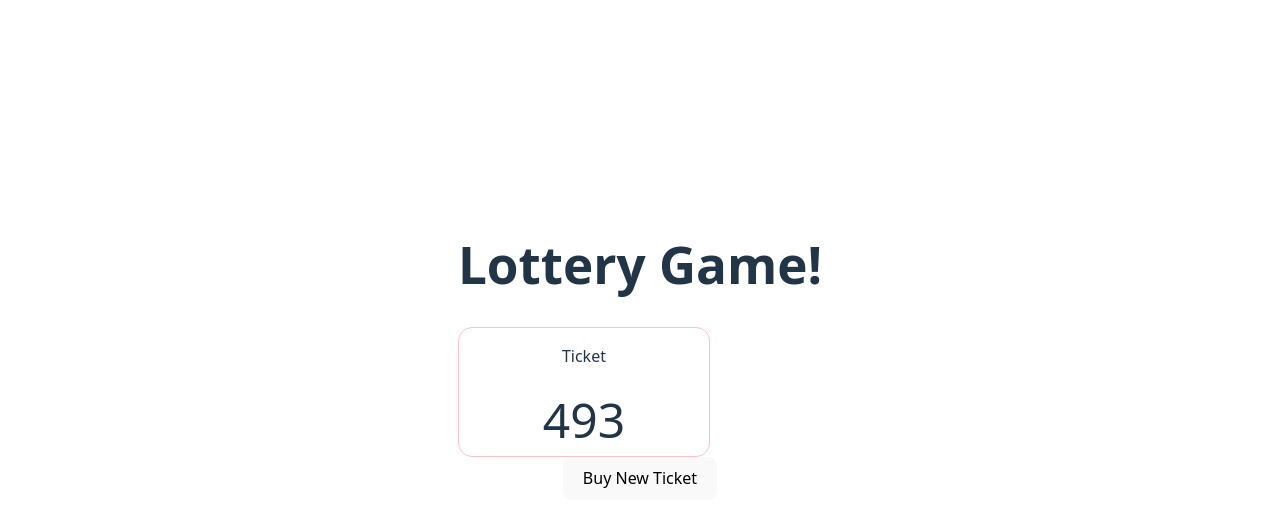
Repository: Ravikumar7210/Web_workspace
Page: / (app in React_Projects/Lottery/)
The author's editor kept a copy of each file at every save. The page is drawn from the files as they stood at one save, then again after the next save.
The browser window is 1280 px wide. The pictures show the whole page.
The project was rebuilt for these pictures with package versions that can differ from the ones it lists, and the page was loaded fresh each time. Also part of the build but not shown: React_Projects/Lottery/vite.config.js.

Above is the page before, as saved 2025-04-07 18:04:01.

### React_Projects/Lottery/src/App.jsx

import Lottery from './Lottery'
import './App.css';

function App() {

  return (
    <>
    <Lottery/>
  </>
  );

}
export default App

### React_Projects/Lottery/src/Lottery.jsx
import {useState} from 'react';
import { genTicket, sum } from './helper';
import Ticket from "./Ticket"
export default  function Lottery({n =3,winningSum=15}) {

let [ticket, setTicket] = useState(genTicket(n));
let isWinning = sum(ticket) === winningSum;

let buyTicket = () => {
    setTicket(genTicket(n));
} ;

return (
<div>
 <h1>Lottery Game!</h1>
   <Ticket ticket={ticket}/>
  <button onClick={buyTicket}>Buy New Ticket </button>
  <h3> {isWinning && "Congratulations, You won!"}</h3>
</div>
);

}

### React_Projects/Lottery/src/helper.js
function genTicket(n){
    let arr = new Array(n);
    for (let i= 0; i<n; i++){
        arr[i]= Math.floor(Math.random() * 10);
       }
       return arr;
}

function sum(arr){
 return arr.reduce((sum, curr) => sum + curr , 0);
}

export {genTicket, sum};

### React_Projects/Lottery/src/Ticket.jsx
import TicketNum from "./TicketNum";
import "./Ticket.css"

export default function Ticket({ticket}) {

    return (
        <div className="Ticket">
        <p>Ticket</p>
        {ticket.map ((num, idx) =>(
            <TicketNum num={num} key={idx}/>
        ))}
        </div>
        );
}

### React_Projects/Lottery/src/TicketNum.jsx
import "./TicketNum.css"
export default function TicketNum({num}) {
    return (<span className="TicketNum">{num}</span>)
}

### React_Projects/Lottery/src/Ticket.css
.Ticket {
    border: 1px solid pink;
    border-radius: 14px;
    width: 250px;
    }

### React_Projects/Lottery/src/TicketNum.css
.TicketNum {
    font-size: 3rem;

}

Loaded but not shown: React_Projects/Lottery/index.html (common file); React_Projects/Lottery/src/main.jsx (common file); React_Projects/Lottery/src/index.css (common file); React_Projects/Lottery/src/App.css (common file)

After the next save:
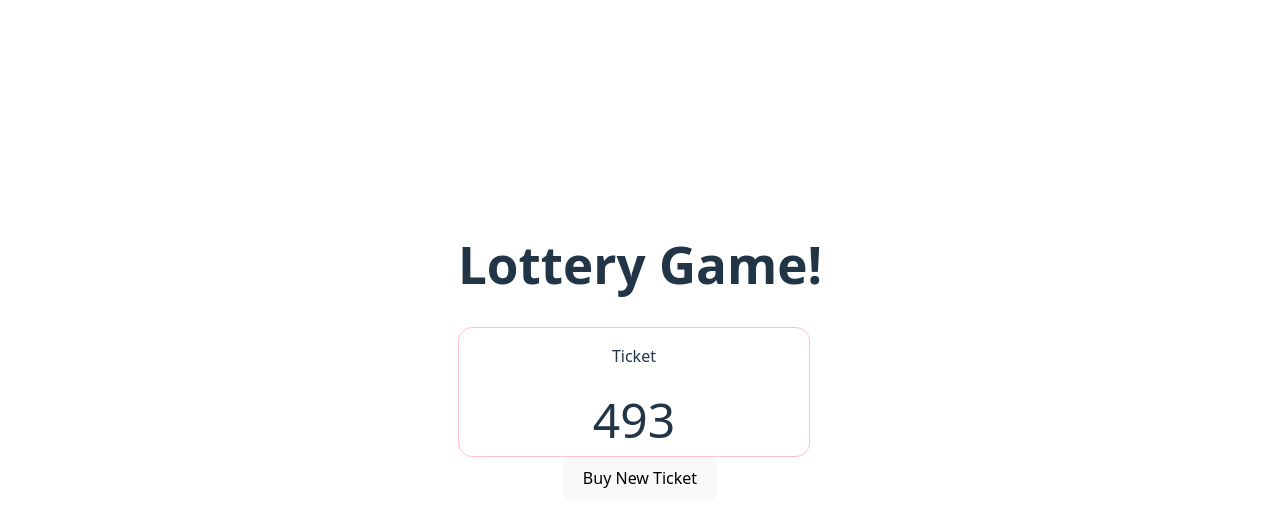
Saved 11 s later.
--- a/React_Projects/Lottery/src/Ticket.css
+++ b/React_Projects/Lottery/src/Ticket.css
@@ -1,5 +1,5 @@
 .Ticket {
     border: 1px solid pink;
     border-radius: 14px;
-    width: 250px;
+    width: 350px;
     }
